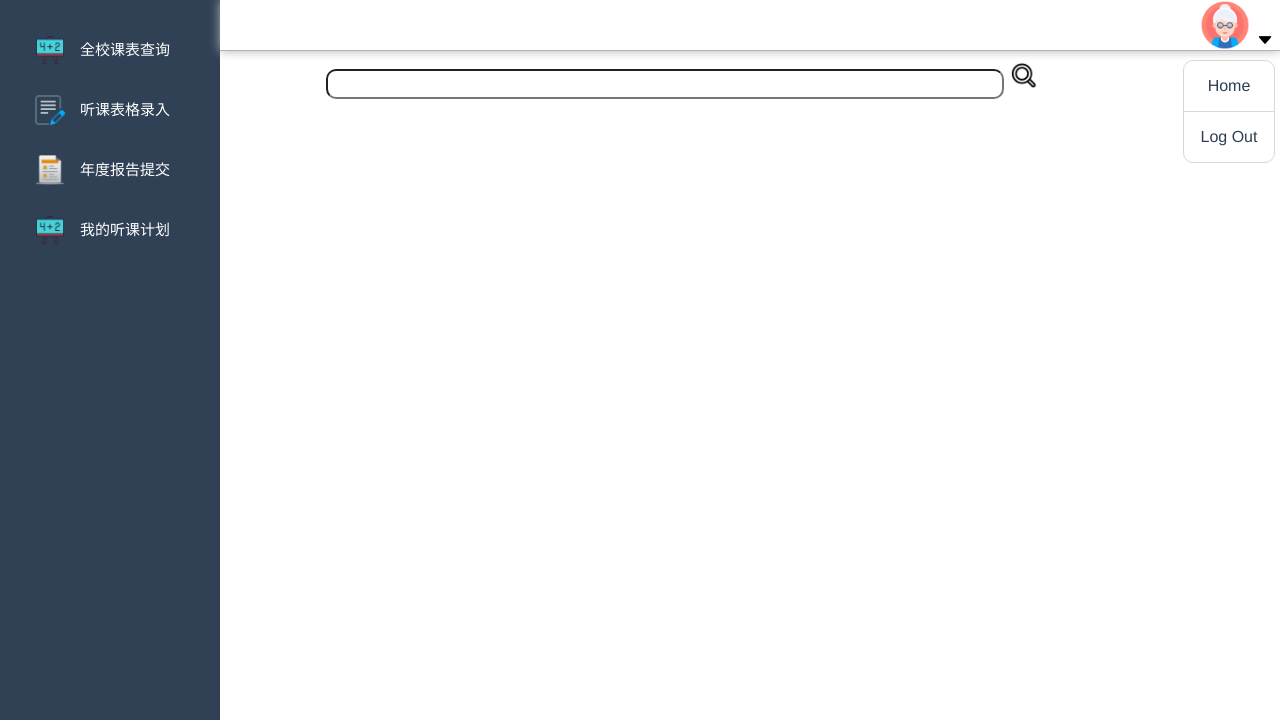
Repository: shandamengcheng/graduate-project
Page: /home
An editor plug-in stored every save of this project. The page is shown before and after the next save, followed by the edit.
The browser window is 1280 px wide. The pictures show the whole page.
The project was rebuilt for these pictures with package versions that can differ from the ones it lists, and the page was loaded fresh each time. Also part of the build but not shown: src/views/Login.vue.

Above is the page before, as saved 2021-03-14 12:53:31.

After the next save:
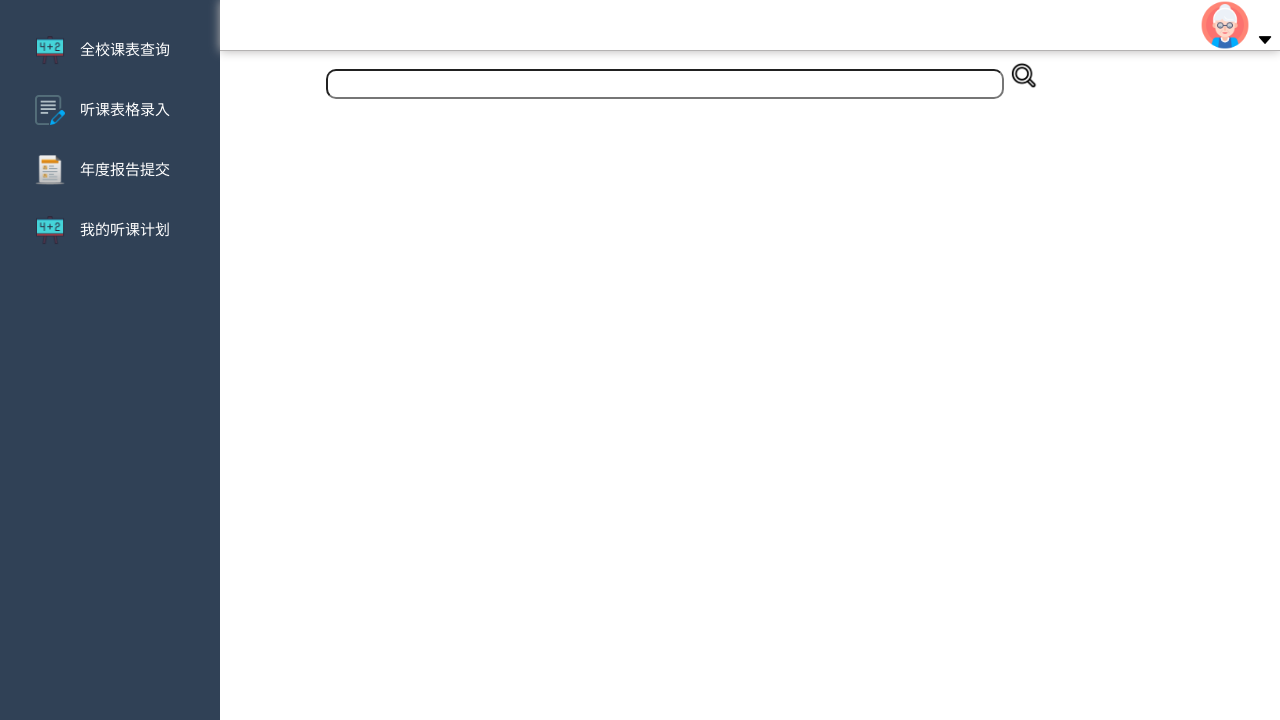
Saved 11 s later.
--- a/src/components/NavigationBar.vue
+++ b/src/components/NavigationBar.vue
@@ -2,7 +2,7 @@
   <div class="navbar">
     <img src="@/assets/avatar.png" class="avatar-img" />
     <img src="@/assets/arrow.png" class="avatar-submenu" @click="toggleMenu"/>
-    <ul class="avatar-menu">
+    <ul class="avatar-menu" v-if="showMenu">
       <li class="home">Home</li>
       <li>Log Out</li>
     </ul>
